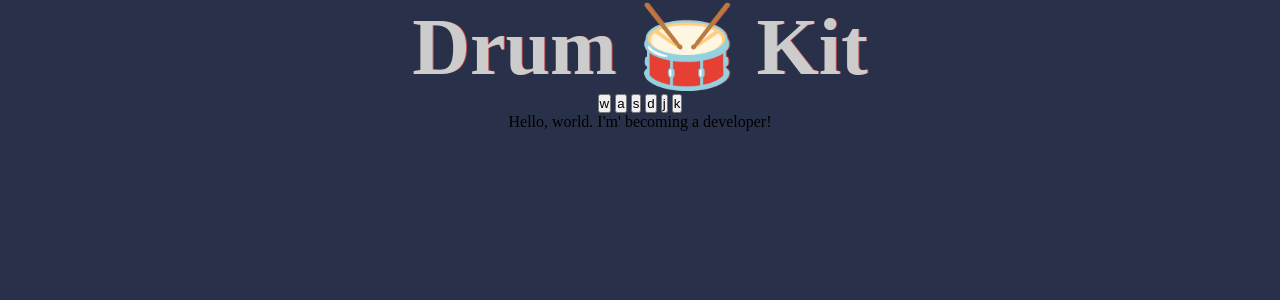
Repository: doncsar/yu-frontend-bootcamp
Page: 17-drumkit/index.html
The author's editor kept a copy of each file at every save. The page is drawn from the files as they stood at one save, then again after the next save.
The browser window is 1280 px wide. The pictures show the whole page.

Above is the page before, as saved 2024-01-24 07:01:31.

After the next save:
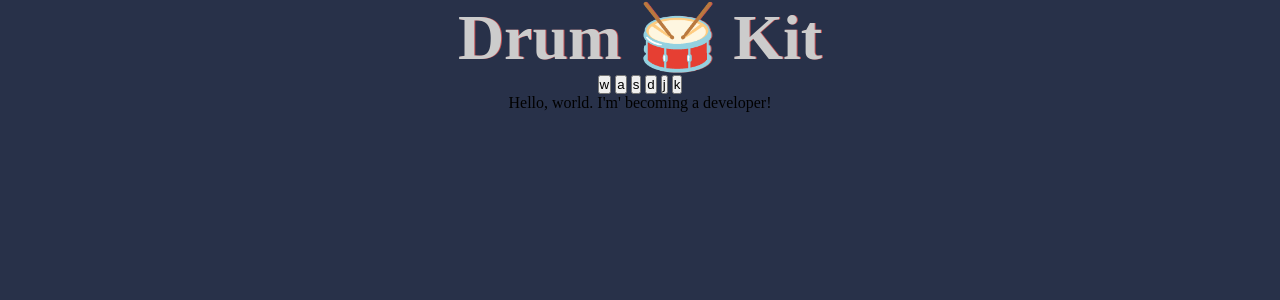
Saved 12 s later.
--- a/17-drumkit/style.css
+++ b/17-drumkit/style.css
@@ -12,5 +12,5 @@ body {
 h1 {
    color: #CCC;
    text-shadow: 1px 0px #c35151;
-   font-size: 5rem;
+   font-size: 4rem;
 }
